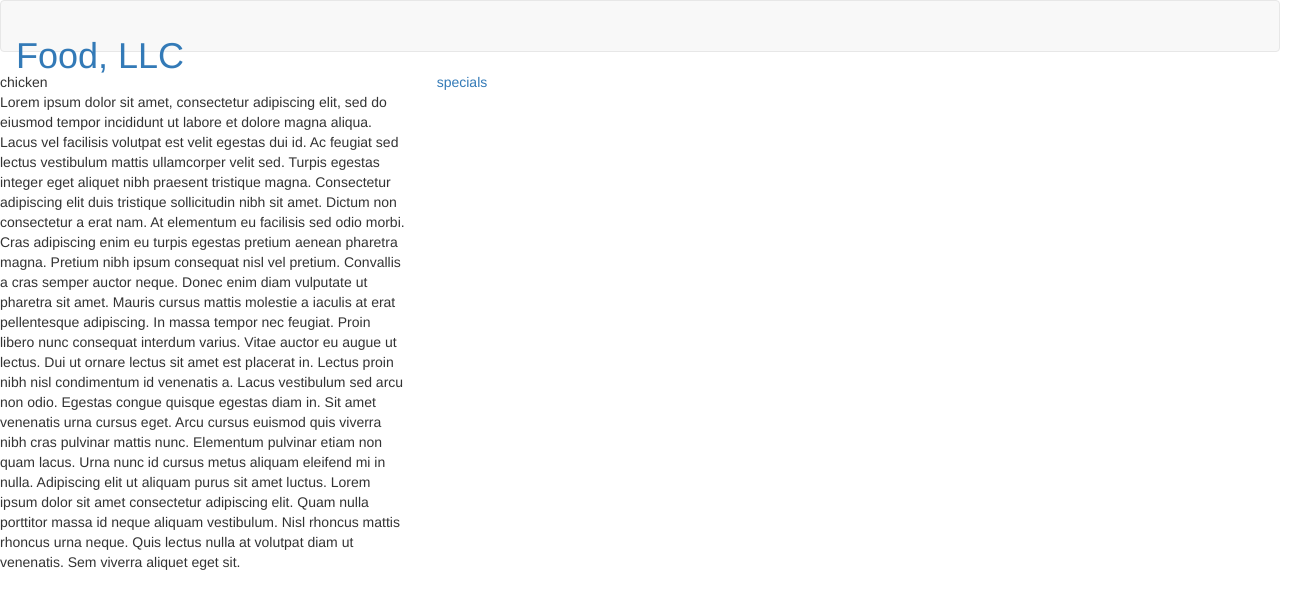
Repository: Cynthia-woo/coursera_frontend_JHU
Page: module3-solution/index.html
An editor plug-in stored every save of this project. The page is shown before and after the next save, followed by the edit.
The browser window is 1280 px wide. The page is 1295 px wide, so the pictures cover 1295 px, including what lies to the right of the window. The pictures show the whole page.

Above is the page before, as saved 2024-04-20 02:29:36.

### module3-solution/index.html
<!doctype html>
<html lang="en">
  <head>
    <meta charset="utf-8">
    <meta http-equiv="X-UA-Compatible" content="IE=edge">
    <meta name="viewport" content="width=device-width, initial-scale=1">

    <!-- HTML5 shim and Respond.js for IE8 support of HTML5 elements and media queries -->
    <!-- WARNING: Respond.js doesn't work if you view the page via file:// -->
    <!--[if lt IE 9]>
      <script src="https://oss.maxcdn.com/html5shiv/3.7.2/html5shiv.min.js"></script>
      <script src="https://oss.maxcdn.com/respond/1.4.2/respond.min.js"></script>
    <![endif]-->

    <title>Bootstrap Starter Page</title>
    <link rel="stylesheet" href="css/bootstrap.min.css">
    <link rel="stylesheet" href="css/styles.css">
  </head>
<body>
    <header>
        <nav id="header-nav" class="navbar navbar-default">
          <div class="container-fluid">
            <div class="navbar-header">
              <a href="index.html" class="pull-left visible-md visible-lg">
                <div id="logo-img"></div>
              </a>

              <div class="navbar-brand">
                <a href="index.html"><h1>Food, LLC</h1></a>
              </div>

              <button type="button" class="navbar-toggle collapsed" data-toggle="collapse" data-target="#collapsable-nav" aria-expanded="false">
                <span class="sr-only">Toggle navigation</span>
                <span class="icon-bar"></span>
                <span class="icon-bar"></span>
                <span class="icon-bar"></span>
              </button>
            </div>

            <div id="collapsable-nav" class="collapse navbar-collapse hidden-lg hidden-md">
               <ul id="nav-list" class="nav navbar-nav navbar-right">
                <li>
                  <a href="menu-categories.html">
                    <br class="hidden-xs">Chicken</a>
                </li>
                <li>
                  <a href="#">
                    </span><br class="hidden-xs">Beef</a>
                </li>
                <li>
                  <a href="#">
                    <br class="hidden-xs">Sushi</a>
                </li>
              </ul><!-- #nav-list -->
            </div><!-- .collapse .navbar-collapse -->
          </div><!-- .container -->
        </nav><!-- #header-nav -->
      </header>


      <section>
        <div id="home-tiles" class="row">
            <div class="col-md-4 col-sm-6 col-xs-12">
                <div class="dish_title">chicken</div>
                <div class="dish_detail">Lorem ipsum dolor sit amet, consectetur adipiscing elit, sed do eiusmod tempor incididunt ut labore et dolore magna aliqua. Lacus vel facilisis volutpat est velit egestas dui id. Ac feugiat sed lectus vestibulum mattis ullamcorper velit sed. Turpis egestas integer eget aliquet nibh praesent tristique magna. Consectetur adipiscing elit duis tristique sollicitudin nibh sit amet. Dictum non consectetur a erat nam. At elementum eu facilisis sed odio morbi. Cras adipiscing enim eu turpis egestas pretium aenean pharetra magna. Pretium nibh ipsum consequat nisl vel pretium. Convallis a cras semper auctor neque. Donec enim diam vulputate ut pharetra sit amet. Mauris cursus mattis molestie a iaculis at erat pellentesque adipiscing. In massa tempor nec feugiat. Proin libero nunc consequat interdum varius. Vitae auctor eu augue ut lectus.

                    Dui ut ornare lectus sit amet est placerat in. Lectus proin nibh nisl condimentum id venenatis a. Lacus vestibulum sed arcu non odio. Egestas congue quisque egestas diam in. Sit amet venenatis urna cursus eget. Arcu cursus euismod quis viverra nibh cras pulvinar mattis nunc. Elementum pulvinar etiam non quam lacus. Urna nunc id cursus metus aliquam eleifend mi in nulla. Adipiscing elit ut aliquam purus sit amet luctus. Lorem ipsum dolor sit amet consectetur adipiscing elit. Quam nulla porttitor massa id neque aliquam vestibulum. Nisl rhoncus mattis rhoncus urna neque. Quis lectus nulla at volutpat diam ut venenatis. Sem viverra aliquet eget sit.</div>
            </div>
            <div class="col-md-4 col-sm-6 col-xs-12">
              <a href="single-category.html"><div id="specials-tile"><span>specials</span></div></a>
            </div>
            <div class="col-md-4 col-sm-12 col-xs-12">
            </div>
      </section>


  <!-- jQuery (Bootstrap JS plugins depend on it) -->
  <script src="js/jquery-1.11.3.min.js"></script>
  <script src="js/bootstrap.min.js"></script>
  <script src="js/script.js"></script>
</body>
</html>

Loaded but not shown: module3-solution/css/bootstrap.min.css (library); module3-solution/js/jquery-1.11.3.min.js (library); module3-solution/js/bootstrap.min.js (library); module3-solution/css/styles.css (no copy from this time; the picture is the same without it); module3-solution/js/script.js (no stored copy; drawn as an empty file)

After the next save:
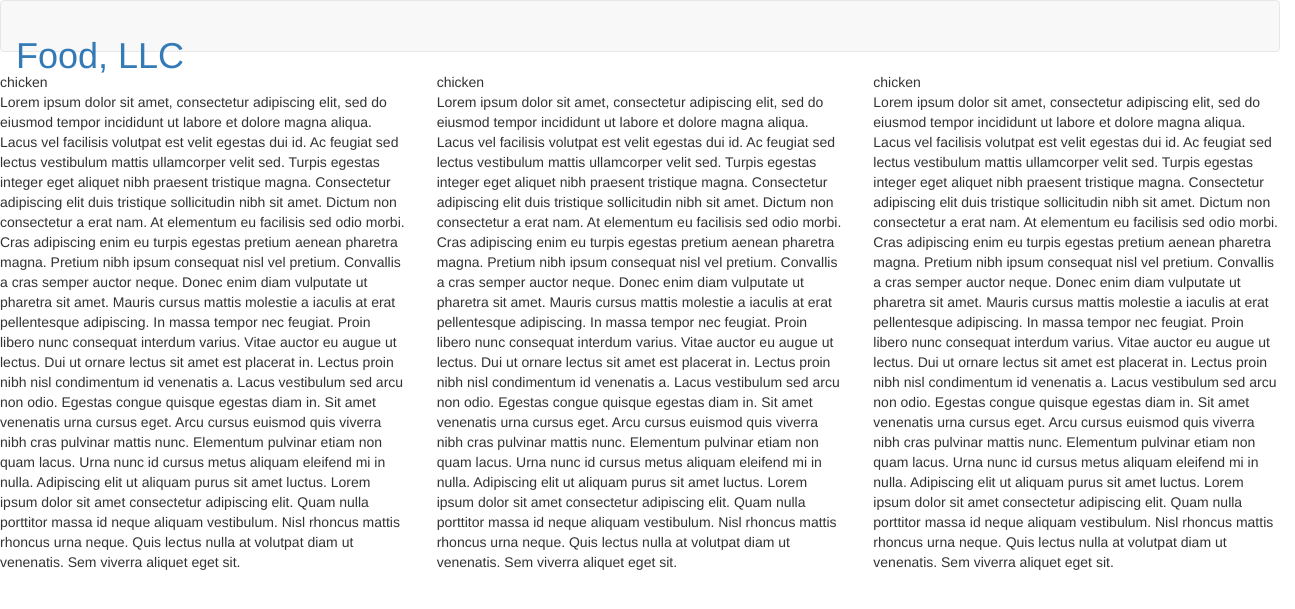
Saved 21 s later.
--- a/module3-solution/index.html
+++ b/module3-solution/index.html
@@ -67,9 +67,16 @@
                     Dui ut ornare lectus sit amet est placerat in. Lectus proin nibh nisl condimentum id venenatis a. Lacus vestibulum sed arcu non odio. Egestas congue quisque egestas diam in. Sit amet venenatis urna cursus eget. Arcu cursus euismod quis viverra nibh cras pulvinar mattis nunc. Elementum pulvinar etiam non quam lacus. Urna nunc id cursus metus aliquam eleifend mi in nulla. Adipiscing elit ut aliquam purus sit amet luctus. Lorem ipsum dolor sit amet consectetur adipiscing elit. Quam nulla porttitor massa id neque aliquam vestibulum. Nisl rhoncus mattis rhoncus urna neque. Quis lectus nulla at volutpat diam ut venenatis. Sem viverra aliquet eget sit.</div>
             </div>
             <div class="col-md-4 col-sm-6 col-xs-12">
-              <a href="single-category.html"><div id="specials-tile"><span>specials</span></div></a>
+                <div class="dish_title">chicken</div>
+                <div class="dish_detail">Lorem ipsum dolor sit amet, consectetur adipiscing elit, sed do eiusmod tempor incididunt ut labore et dolore magna aliqua. Lacus vel facilisis volutpat est velit egestas dui id. Ac feugiat sed lectus vestibulum mattis ullamcorper velit sed. Turpis egestas integer eget aliquet nibh praesent tristique magna. Consectetur adipiscing elit duis tristique sollicitudin nibh sit amet. Dictum non consectetur a erat nam. At elementum eu facilisis sed odio morbi. Cras adipiscing enim eu turpis egestas pretium aenean pharetra magna. Pretium nibh ipsum consequat nisl vel pretium. Convallis a cras semper auctor neque. Donec enim diam vulputate ut pharetra sit amet. Mauris cursus mattis molestie a iaculis at erat pellentesque adipiscing. In massa tempor nec feugiat. Proin libero nunc consequat interdum varius. Vitae auctor eu augue ut lectus.
+
+                    Dui ut ornare lectus sit amet est placerat in. Lectus proin nibh nisl condimentum id venenatis a. Lacus vestibulum sed arcu non odio. Egestas congue quisque egestas diam in. Sit amet venenatis urna cursus eget. Arcu cursus euismod quis viverra nibh cras pulvinar mattis nunc. Elementum pulvinar etiam non quam lacus. Urna nunc id cursus metus aliquam eleifend mi in nulla. Adipiscing elit ut aliquam purus sit amet luctus. Lorem ipsum dolor sit amet consectetur adipiscing elit. Quam nulla porttitor massa id neque aliquam vestibulum. Nisl rhoncus mattis rhoncus urna neque. Quis lectus nulla at volutpat diam ut venenatis. Sem viverra aliquet eget sit.</div>
             </div>
-            <div class="col-md-4 col-sm-12 col-xs-12">
+            <div class="col-md-4 col-sm-6 col-xs-12">
+                <div class="dish_title">chicken</div>
+                <div class="dish_detail">Lorem ipsum dolor sit amet, consectetur adipiscing elit, sed do eiusmod tempor incididunt ut labore et dolore magna aliqua. Lacus vel facilisis volutpat est velit egestas dui id. Ac feugiat sed lectus vestibulum mattis ullamcorper velit sed. Turpis egestas integer eget aliquet nibh praesent tristique magna. Consectetur adipiscing elit duis tristique sollicitudin nibh sit amet. Dictum non consectetur a erat nam. At elementum eu facilisis sed odio morbi. Cras adipiscing enim eu turpis egestas pretium aenean pharetra magna. Pretium nibh ipsum consequat nisl vel pretium. Convallis a cras semper auctor neque. Donec enim diam vulputate ut pharetra sit amet. Mauris cursus mattis molestie a iaculis at erat pellentesque adipiscing. In massa tempor nec feugiat. Proin libero nunc consequat interdum varius. Vitae auctor eu augue ut lectus.
+
+                    Dui ut ornare lectus sit amet est placerat in. Lectus proin nibh nisl condimentum id venenatis a. Lacus vestibulum sed arcu non odio. Egestas congue quisque egestas diam in. Sit amet venenatis urna cursus eget. Arcu cursus euismod quis viverra nibh cras pulvinar mattis nunc. Elementum pulvinar etiam non quam lacus. Urna nunc id cursus metus aliquam eleifend mi in nulla. Adipiscing elit ut aliquam purus sit amet luctus. Lorem ipsum dolor sit amet consectetur adipiscing elit. Quam nulla porttitor massa id neque aliquam vestibulum. Nisl rhoncus mattis rhoncus urna neque. Quis lectus nulla at volutpat diam ut venenatis. Sem viverra aliquet eget sit.</div>
             </div>
       </section>
 
